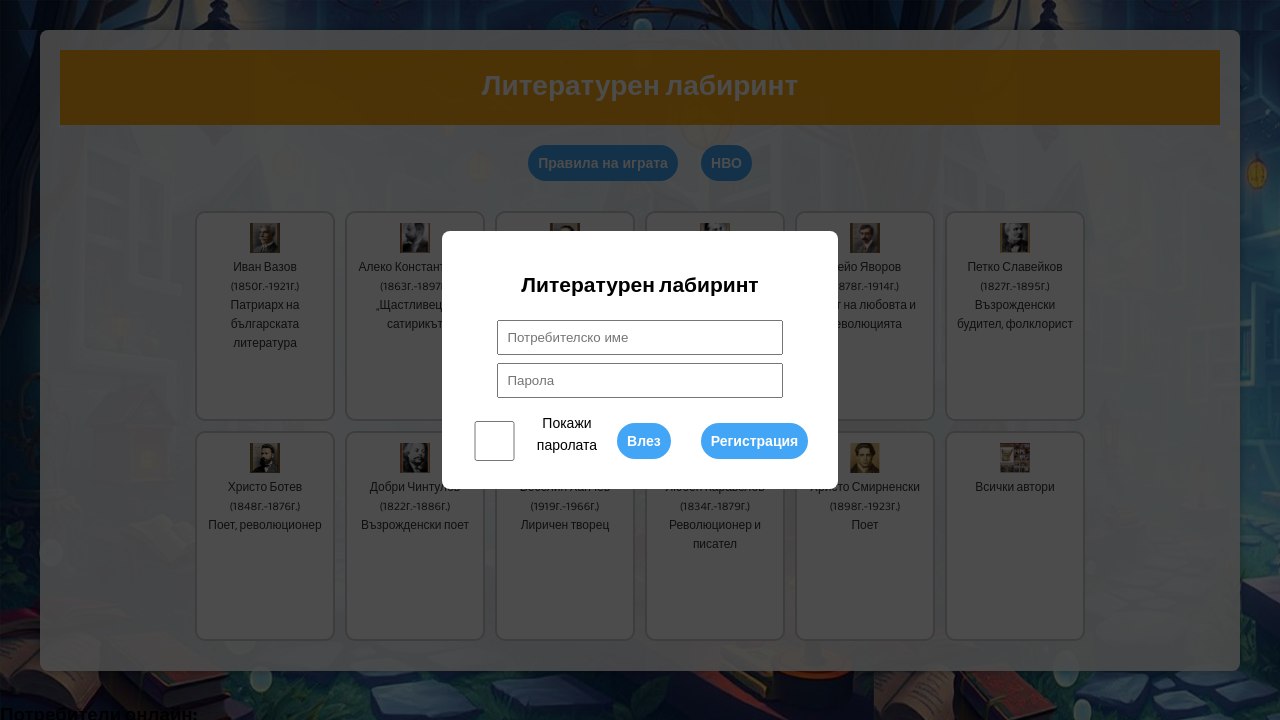
Repository: LY1177/litmaze
Page: public/index.html
An editor plug-in stored every save of this project. The page is shown before and after the next save, followed by the edit.
The browser window is 1280 px wide. The pictures show the window.
The page's requests for data from a server got no answer. A layer covers the whole window, so only the first screen is drawn. Backgrounds fixed to the window are drawn as part of the page.

Above is the page before, as saved 2025-05-01 22:50:14.

### public/index.html
<!DOCTYPE html>
<html lang="bg">
<head>
  <meta charset="UTF-8">
  <!-- Респонсив meta tag -->
  <meta name="viewport" content="width=device-width, initial-scale=1.0">
  <title>Литературен лабиринт – Escape Room</title>
  <!-- шрифт от Google Fonts -->
  <link href="https://fonts.googleapis.com/css2?family=Baloo+2:wght@400;700&display=swap" rel="stylesheet">
  <link rel="stylesheet" href="styles.css">
  <script src="script.js" defer></script>
</head>
<body>
  <!-- <div id="user-info" style="display:none; margin-bottom:1em;">
    Добре дошъл, <strong><span id="display-username"></span></strong>!
    Точки: <strong><span id="score">0</span></strong>
  </div> -->

  <!-- Главен контейнер, който ограничава ширината на проекта (не е full-screen) -->
  <div id="main-container">

    <!-- 1) Логин модал -->
    <div id="login-modal" class="modal visible">
      <div class="modal-content">
        <h2>Литературен лабиринт</h2>
        <input type="text" id="username" placeholder="Потребителско име">
        <input type="password" id="password" placeholder="Парола">
        <div class="modal-buttons">
        <input type="checkbox" onclick="ShowLoginPassword()" class="passbox">Покажи паролата
        <button id="login-btn" class="btn">Влез</button>
        <button id="open-register-from-login" class="btn">Регистрация</button>
      </div>
      </div>
    </div>
    <!-- Регистрационен модал -->
    <div id="register-modal" class="modal hidden">
      <div class="modal-content">
        <h2>Регистрация</h2>
        <input type="text"    id="register-username" placeholder="Потребителско име">
        <input type="email"   id="register-email"    placeholder="Имейл">
        <input type="password" id="register-password" placeholder="Парола">
        <div class="modal-buttons">
          <input type="checkbox" onclick="ShowRegisterPassword()" class="passbox">Покажи паролата
          <button id="register-btn"        class="btn">Регистрация</button>
          <button id="close-register-btn"  class="btn">Затвори</button>
        </div>
      </div>
    </div>


    <!-- 2) Екран за лабиринта (скрит по начало) -->
    <div id="game-container" class="screen hidden">

      <header id="top-bar">
        <h1 id="labyrinth-title">Лабиринт</h1>
        <div id="user-info">
          Потребител: <span id="display-username"></span> |
          Ниво: <span id="current-level">1</span> |
          <div id="user-info" style="display:none; margin-bottom:1em;">
            Добре дошъл, <strong><span id="display-username"></span></strong>!
            Точки: <strong><span id="score">0</span></strong>
          </div>
        </div>
        <div id="button-row">
          <button id="back-to-authors" class="nav-btn">Назад към авторите</button>
          <button id="next-level" class="nav-btn hidden">Следващо ниво</button>
          <!-- Бутон за управление на фоновата музика -->
          <button id="music-toggle-btn" class="btn">Пауза музика</button>
        <label for="volume-control">Сила на звука:</label>
        <input type="range" id="volume-control" min="0" max="1" step="0.01" value="0.2">
      </div>
      </header>

      <!-- Контейнер за лабиринта -->
      <div id="maze-container-active">
        <div id="maze-active"></div>
        <!-- Героят (🙂), центриран в клетката -->
        <div id="hero"></div>
      </div>
    </div>

    <!-- 3) Екран за избор на автори (флип карти) -->
    <div id="author-selection" class="screen">
      <h2>Литературен лабиринт</h2>
      <div class="rules-btn-container">
  <button id="rules-btn" class="btn">Правила на играта</button>
  <button id="nvo-btn" class="btn">НВО</button>
 </div>


      <!-- Мрежа с 12 карти -->
      <div class="card-container">
        <!-- Карта 1: Иван Вазов -->
        <div class="card" data-author="vazov">
          <div class="card-inner">
            <div class="card-front">
              <img src="images/vazov.jpg" alt="Иван Вазов">
                <p class="portrait-text">Иван Вазов</p>
                <p class="portrait-text">(1850г.-1921г.)</p>
                <p class="portrait-text">Патриарх на българската литература</p>

            </div>
            <div class="card-back">
              <p>Лабиринт – Иван Вазов</p>
              <button class="enter-btn btn">Вход</button>
            </div>
          </div>
        </div>

        <!-- Карта 2: Алеко Константинов -->
        <div class="card" data-author="aleko">
          <div class="card-inner">
            <div class="card-front">
              <img src="images/aleko.jpg" alt="Алеко Константинов">
              <p class="portrait-text">Алеко Константинов</p>
              <p class="portrait-text">(1863г.-1897г.)</p>
              <p class="portrait-text">„Щастливеца“, сатирикът</p>

            </div>
            <div class="card-back">
              <p>Лабиринт – Алеко Константинов</p>
              <button class="enter-btn btn">Вход</button>
            </div>
          </div>
        </div>

        <!-- Карта 3: Елин Пелин -->
        <div class="card" data-author="pelin">
          <div class="card-inner">
            <div class="card-front">
              <img src="images/pelin.jpg" alt="Елин Пелин">
              <p class="portrait-text">Елин Пелин</p>
              <p class="portrait-text">(1877г.-1949г.)</p>
              <p class="portrait-text">Майстор на късия разказ</p>
            </div>
            <div class="card-back">
              <p>Лабиринт – Елин Пелин</p>
              <button class="enter-btn btn">Вход</button>
            </div>
          </div>
        </div>

        <!-- Карта 4: Йордан Йовков -->
        <div class="card" data-author="yordan">
          <div class="card-inner">
            <div class="card-front">
              <img src="images/yordan.jpg" alt="Йордан Йовков">
              <p class="portrait-text">Йордан Йовков</p>
              <p class="portrait-text">(1880г.-1937г.)</p>
              <p class="portrait-text">Хуманистът,<br>„Певец на добротата“</p>
            </div>
            <div class="card-back">
              <p>Лабиринт – Йордан Йовков</p>
              <button class="enter-btn btn">Вход</button>
            </div>
          </div>
        </div>

        <!-- Карта 5: Пейо Яворов -->
        <div class="card" data-author="peyo">
          <div class="card-inner">
            <div class="card-front">
              <img src="images/peyo.jpg" alt="Пейо Яворов">
              <p class="portrait-text">Пейо Яворов</p>
              <p class="portrait-text">(1878г.-1914г.)</p>
              <p class="portrait-text">Поет на любовта и революцията</p>
            </div>
            <div class="card-back">
              <p>Лабиринт – Пейо Яворов</p>
              <button class="enter-btn btn">Вход</button>
            </div>
          </div>
        </div>

        <!-- Карта 6: Петко Славейков -->
        <div class="card" data-author="petko">
          <div class="card-inner">
            <div class="card-front">
              <img src="images/petko.jpg" alt="Петко Славейков">
              <p class="portrait-text">Петко Славейков</p>
              <p class="portrait-text">(1827г.-1895г.)</p>
              <p class="portrait-text">Възрожденски будител, фолклорист</p>
            </div>
            <div class="card-back">
              <p>Лабиринт – Петко Славейков</p>
              <button class="enter-btn btn">Вход</button>
            </div>
          </div>
        </div>

        <!-- Карта 7: Христо Ботев -->
        <div class="card" data-author="hristo">
          <div class="card-inner">
            <div class="card-front">
              <img src="images/hristo.jpg" alt="Христо Ботев">
              <p class="portrait-text">Христо Ботев</p>
              <p class="portrait-text">(1848г.-1876г.)</p>
              <p class="portrait-text">Поет, революционер </p>
            </div>
            <div class="card-back">
              <p>Лабиринт – Христо Ботев</p>
              <button class="enter-btn btn">Вход</button>
            </div>
          </div>
        </div>

        <!-- Карта 8: Добри Чинтулов -->
        <div class="card" data-author="dobri">
          <div class="card-inner">
            <div class="card-front">
              <img src="images/dobri.jpg" alt="Добри Чинтулов">
              <p class="portrait-text">Добри Чинтулов</p>
              <p class="portrait-text">(1822г.-1886г.)</p>
              <p class="portrait-text">Възрожденски поет</p>
            </div>
            <div class="card-back">
              <p>Лабиринт – Добри Чинтулов</p>
              <button class="enter-btn btn">Вход</button>
            </div>
          </div>
        </div>

        <!-- Карта 9: Веселин Ханчев -->
        <div class="card" data-author="veselin">
          <div class="card-inner">
            <div class="card-front">
              <img src="images/veselin.jpg" alt="Веселин Ханчев">
              <p class="portrait-text">Веселин Ханчев</p>
              <p class="portrait-text">(1919г.-1966г.)</p>
                <p class="portrait-text">Лиричен творец</p>

            </div>
            <div class="card-back">
              <p>Лабиринт – Веселин Ханчев</p>
              <button class="enter-btn btn">Вход</button>
            </div>
          </div>
        </div>

        <!-- Карта 10: Любен Каравелов -->
        <div class="card" data-author="lyuben">
          <div class="card-inner">
            <div class="card-front">
              <img src="images/lyuben.jpg" alt="Любен Каравелов">
              <p class="portrait-text">Любен Каравелов</p>
              <p class="portrait-text">(1834г.-1879г.)</p>
              <p class="portrait-text">Революционер и писател</p>
            </div>
            <div class="card-back">
              <p>Лабиринт – Любен Каравелов</p>
              <button class="enter-btn btn">Вход</button>
            </div>
          </div>
        </div>

        <!-- Карта 11: Христо Смирненски -->
        <div class="card" data-author="smirnenski">
          <div class="card-inner">
            <div class="card-front">
              <img src="images/smirnenski.jpg" alt="Христо Смирненски">
              <p class="portrait-text">Христо Смирненски</p>
              <p class="portrait-text">(1898г.-1923г.)</p>
              <p class="portrait-text">Поет</p>
            </div>
            <div class="card-back">
              <p>Лабиринт – Христо Смирненски, вход</p>
              <button class="enter-btn btn">Вход</button>
            </div>
          </div>
        </div>

        <!-- Карта 12: Обобщение -->
        <div class="card" data-author="obobshtenie">
          <div class="card-inner">
            <div class="card-front">
              <img src="images/obobshtenie.jpg" alt="Обобщение">
              <p class="portrait-text">Всички автори</p>
            </div>
            <div class="card-back">
              <p>Лабиринт – Обобщение, вход</p>
              <button class="enter-btn btn">Вход</button>
            </div>
          </div>
        </div>

      </div><!-- .card-container -->
    </div><!-- #author-selection -->

    <!-- Модален прозорец за правилата на играта -->
    <div id="rules-modal" class="modal hidden">
      <div class="modal-content wide-modal">
        <h2>Правила на играта</h2>
        <p>
          1. Щракнете върху картата на избрания от вас автор, картата ще се завърти<br>
          2. На гърба на картата е бутона за вход в лабиринта.<br>
          3. Целта е да се стигне до изхода на лабиринта.<br>
          4. На входа има подсказка за началната посока на движение.<br>
          5. За да се придвижвате напред трябва да давате верни отговори на въпросите.<br>
          6. След всеки верен отговор ще получавате посоката на движение<br>
          7. Ако не отговорите правилно, ще можете да опитате отново.<br>
          8. Ако се върнете назад, ще видите съобщение: "Връщаш се назад..."<br>
          9. Забавлявайте се!
        </p>
        <button id="close-rules" class="btn">Затвори</button>
      </div>
    </div>

    <!-- Модален прозорец за въпроси -->
    <div id="question-modal" class="modal hidden">
      <div class="modal-content question-modal-content">
        <h2 id="question-title">Въпрос</h2>
        <div id="question-text"></div>
        <div id="question-answers"></div>
        <div class="modal-buttons">
          <button id="close-question-btn" class="btn">Затвори</button>
        </div>
      </div>
    </div>
    <!-- Модален прозорец за избор на година за НВО -->
<div id="nvo-modal" class="modal hidden">
  <div class="modal-content">
    <h2>Изберете година за НВО</h2>
    <select id="nvo-year-select">
      <option value="">-- Изберете година --</option>
      <option value="nvo2022">НВО 2022</option>
      <option value="nvo2023">НВО 2023</option>
      <option value="nvo2024">НВО 2024</option>

    </select>
    <div class="modal-buttons">
      <button id="nvo-select-btn" class="btn">Вход</button>
      <button id="nvo-close-btn" class="btn">Затвори</button>
    </div>
  </div>
</div>
<!-- Модален прозорец за показване на текста (пасаж) -->
<div id="passage-modal" class="modal hidden">
  <div class="modal-content">
    <h2>Текст</h2>
    <div id="passage-container"></div>
    <div class="modal-buttons">
      <button id="close-passage-btn" class="btn">Затвори</button>
    </div>
  </div>
</div>

  </div><!-- #main-container -->

<div id="fun-fact-modal" class="modal hidden">
  <div class="modal-content">
    <h2>💡Любопитен факт</h2>
    <div id="fun-fact-content"></div>
    <button id="close-fun-fact-btn" class="btn">Затвори</button>
  </div>
</div>
<h3>Потребители онлайн:</h3>
<ul id="online-list"></ul>


</body>
</html>

Loaded but not shown: public/script.js (1483 lines, source omitted); public/styles.css (706 lines, source omitted)

After the next save:
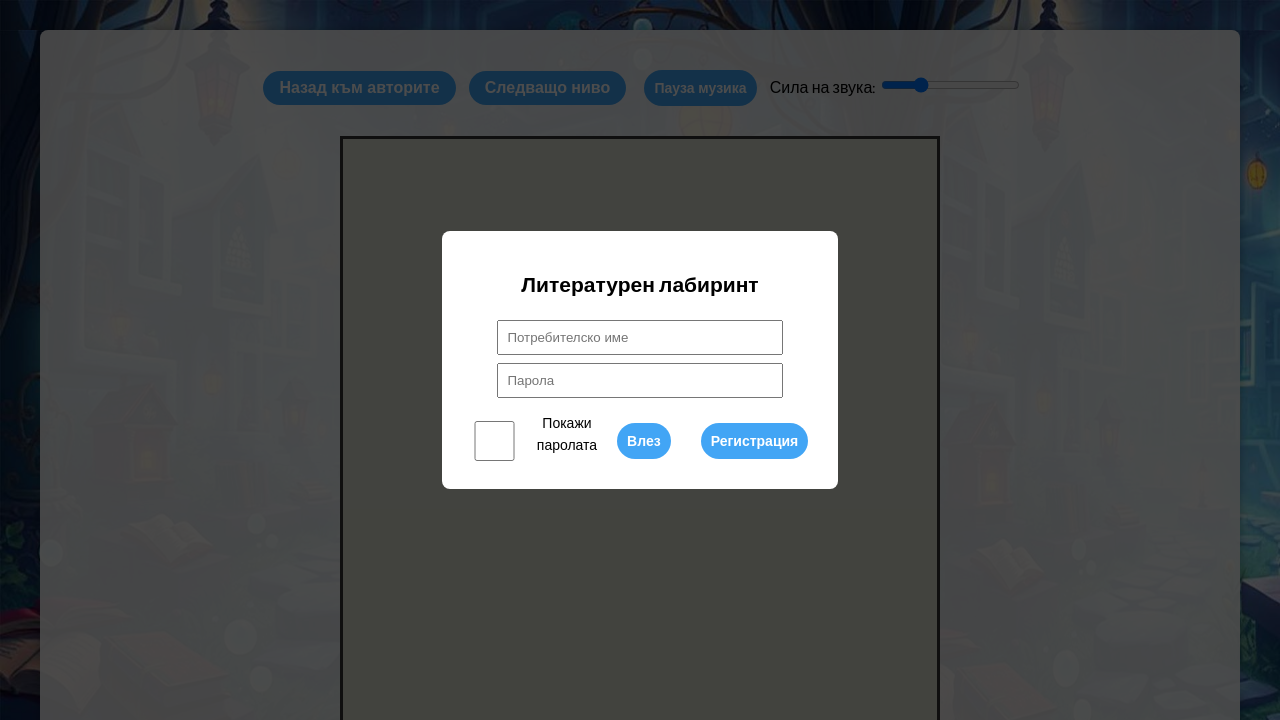
Saved 59 s later.
--- a/public/index.html
+++ b/public/index.html
@@ -56,7 +56,7 @@
         <div id="user-info">
           Потребител: <span id="display-username"></span> |
           Ниво: <span id="current-level">1</span> |
-          <div id="user-info" style="display:none; margin-bottom:1em;">
+
             Добре дошъл, <strong><span id="display-username"></span></strong>!
             Точки: <strong><span id="score">0</span></strong>
           </div>

After the save that followed:
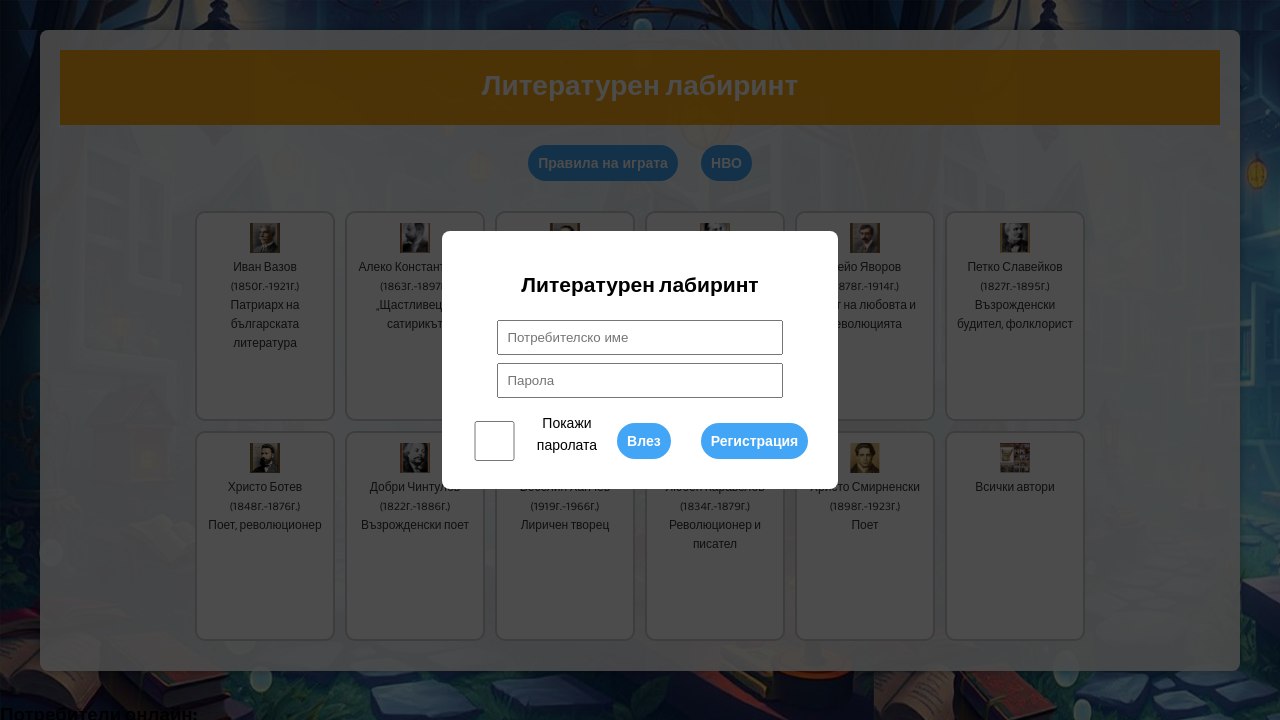
Saved 4 s later.
--- a/public/index.html
+++ b/public/index.html
@@ -59,7 +59,7 @@
 
             Добре дошъл, <strong><span id="display-username"></span></strong>!
             Точки: <strong><span id="score">0</span></strong>
-          </div>
+
         </div>
         <div id="button-row">
           <button id="back-to-authors" class="nav-btn">Назад към авторите</button>
